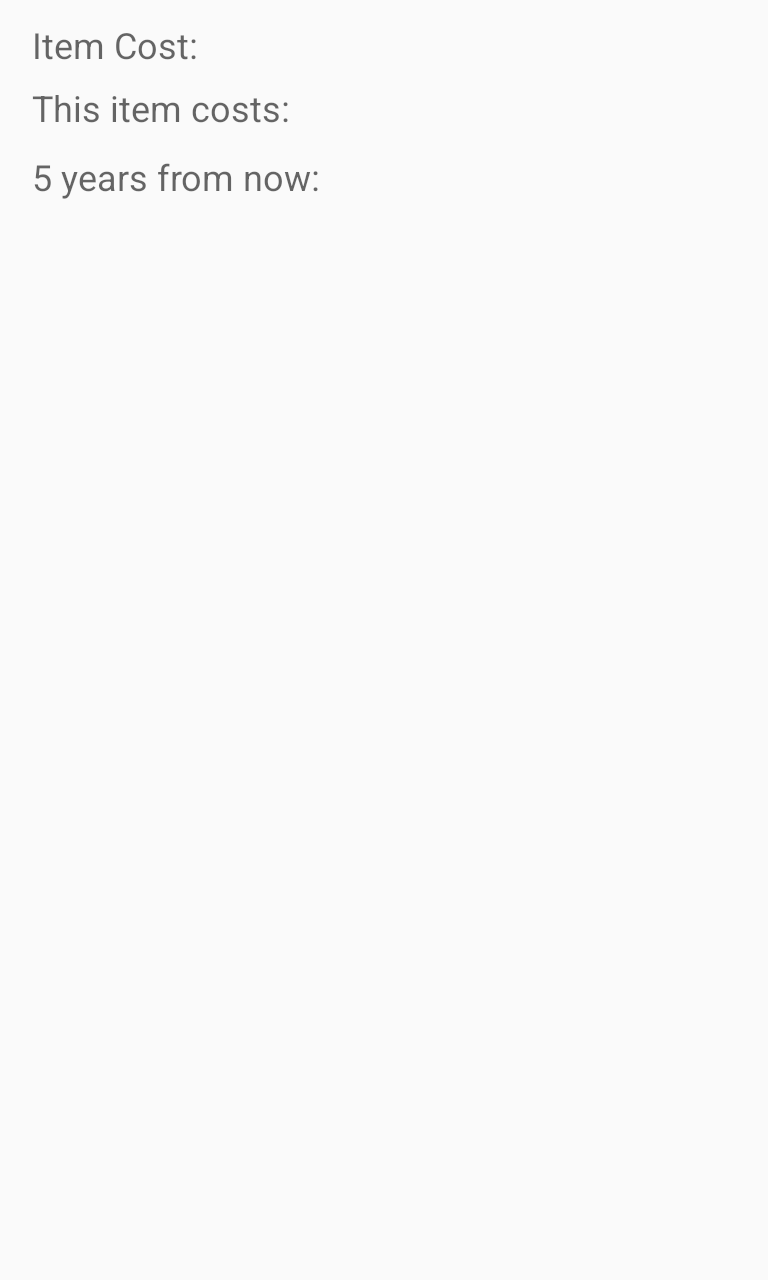
Repository: aallev11/saveit
Layout: ShouldISaveIt/res/layout/activity_main.xml
An editor plug-in stored every save of this project. The layout is shown before and after the next save, followed by the edit.
It is drawn on a 768 x 1280 px phone screen (xhdpi) without system bars, with theme AppTheme; the app's code is not run.

Above is the layout before, as saved 2014-03-29 21:10:45.

### ShouldISaveIt/res/layout/activity_main.xml
<FrameLayout xmlns:android="http://schemas.android.com/apk/res/android"
    xmlns:tools="http://schemas.android.com/tools"
    android:id="@+id/container"
    android:layout_width="match_parent"
    android:layout_height="match_parent"
    tools:context="com.example.shouldisaveit.MainActivity"
    tools:ignore="MergeRootFrame" >

    <LinearLayout
        android:layout_width="fill_parent"
        android:layout_height="fill_parent"
        android:orientation="vertical"
        android:paddingLeft="16dp"
        android:paddingRight="16dp" >

        <LinearLayout
            android:layout_width="fill_parent"
            android:layout_height="wrap_content"
            android:orientation="horizontal" >

            <TextView
                android:id="@+id/itemCost"
                android:layout_width="fill_parent"
                android:layout_height="wrap_content"
                android:text="Item Cost: "
                android:textAppearance="?android:attr/textAppearanceMedium" />

            <EditText
                android:id="@+id/editItemCost"
                android:layout_width="match_parent"
                android:layout_height="wrap_content"
                android:ems="10"
                android:inputType="number"
                android:onClick="changeTextValue"
                android:width="40dp" >

                <requestFocus />
            </EditText>
        </LinearLayout>

        <TextView
            android:layout_width="fill_parent"
            android:layout_height="wrap_content"
            android:text="This item costs:  "
            android:textAppearance="?android:attr/textAppearanceMedium" />

        <LinearLayout
            android:layout_width="fill_parent"
            android:layout_height="fill_parent"
            android:orientation="horizontal" >

            <TextView
                android:layout_width="fill_parent"
                android:layout_height="wrap_content"
                android:text="5 years from now:  "
                android:textAppearance="?android:attr/textAppearanceMedium" />

            <EditText
                android:id="@+id/edit5years"
                android:layout_width="match_parent"
                android:layout_height="wrap_content"
                android:ems="10"
                android:inputType="number"
                android:onClick="changeTextValue"
                android:width="40dp" >
            </EditText>
        </LinearLayout>

        <LinearLayout
            android:layout_width="fill_parent"
            android:layout_height="fill_parent"
            android:orientation="horizontal" >

            <TextView
                android:layout_width="fill_parent"
                android:layout_height="wrap_content"
                android:text="20 years from now:  "
                android:textAppearance="?android:attr/textAppearanceMedium" />

            <EditText
                android:id="@+id/edit20years"
                android:layout_width="match_parent"
                android:layout_height="wrap_content"
                android:ems="10"
                android:inputType="number"
                android:onClick="changeTextValue"
                android:width="40dp" >

                <requestFocus />
            </EditText>
        </LinearLayout>

        <LinearLayout
            android:layout_width="fill_parent"
            android:layout_height="fill_parent"
            android:orientation="horizontal" >

            <TextView
                android:layout_width="fill_parent"
                android:layout_height="wrap_content"
                android:text="By retirement:  "
                android:textAppearance="?android:attr/textAppearanceMedium" />

            <EditText
                android:id="@+id/editByRetirement"
                android:layout_width="match_parent"
                android:layout_height="wrap_content"
                android:ems="10"
                android:inputType="number"
                android:onClick="changeTextValue"
                android:width="40dp" >
            </EditText>
        </LinearLayout>

        <LinearLayout
            android:layout_width="fill_parent"
            android:layout_height="fill_parent"
            android:orientation="horizontal" >

            <Button
                android:id="@+id/worthIt"
                android:layout_width="wrap_content"
                android:layout_height="wrap_content"
                android:text="Worth It" />

            <Button
                android:id="@+id/saveIt"
                android:layout_width="wrap_content"
                android:layout_height="wrap_content"
                android:text="Save It!" />
        </LinearLayout>
    </LinearLayout>

</FrameLayout>

Loaded but not shown: ShouldISaveIt/res/values/styles.xml (common file); ShouldISaveIt/res/values-v11/styles.xml (common file); ShouldISaveIt/res/values-v14/styles.xml (common file)

After the next save:
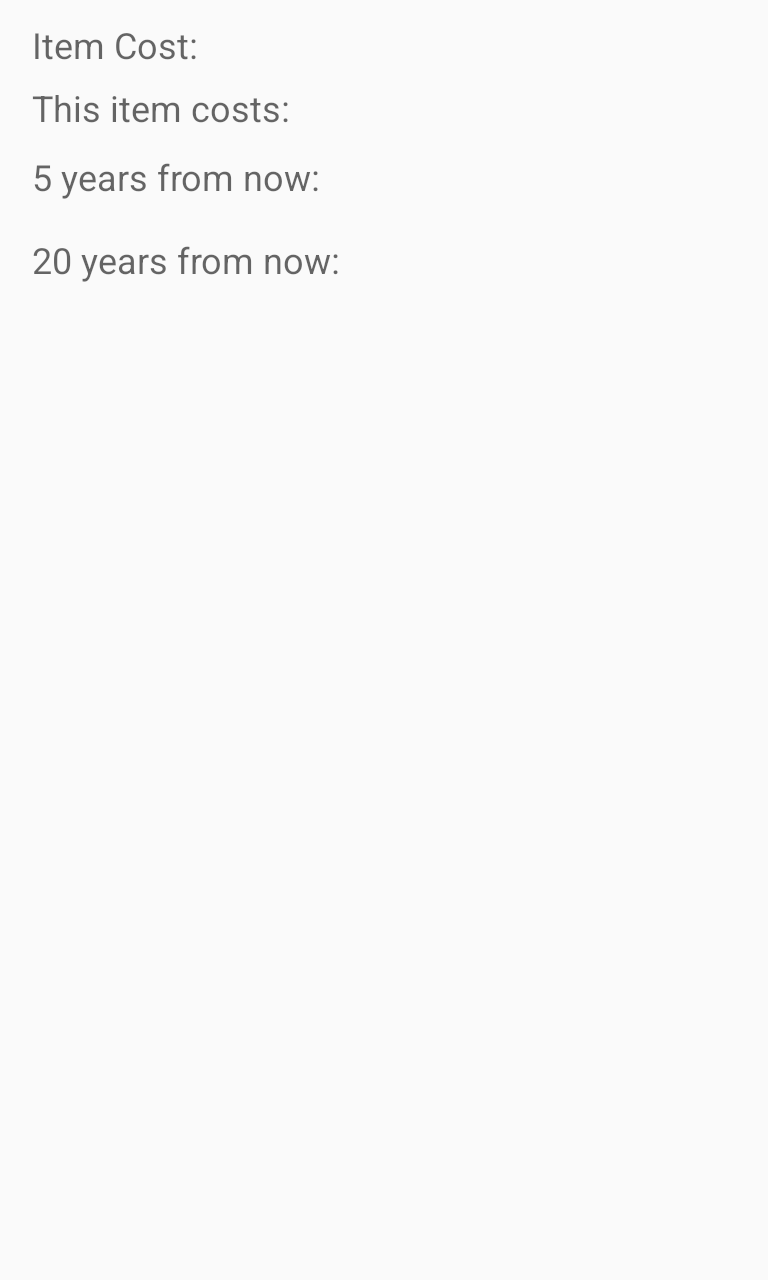
Saved 13 s later.
--- a/ShouldISaveIt/res/layout/activity_main.xml
+++ b/ShouldISaveIt/res/layout/activity_main.xml
@@ -46,7 +46,7 @@
 
         <LinearLayout
             android:layout_width="fill_parent"
-            android:layout_height="fill_parent"
+            android:layout_height="wrap_content"
             android:orientation="horizontal" >
 
             <TextView
